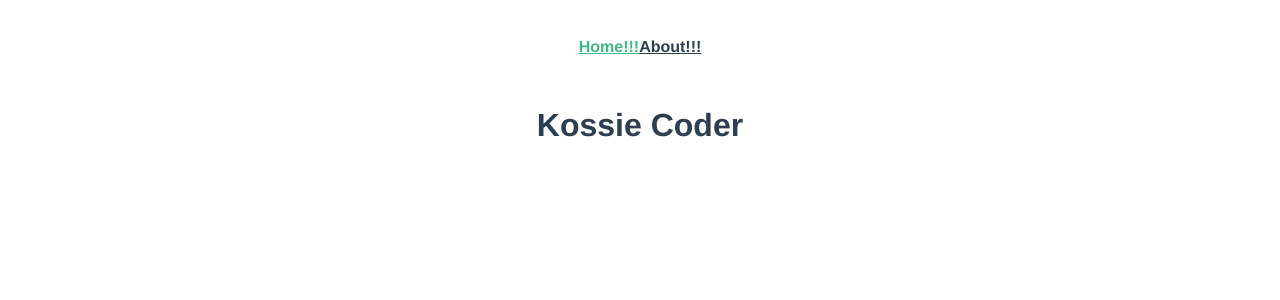
Repository: RyuGeunHwan/code_J
Page: / (app in vue-router/)
These files come from the project's save history. The page is drawn as it stood at one moment and after the next save; the edit follows.
The browser window is 1280 px wide. The pictures show the whole page.
The project was rebuilt for these pictures with package versions that can differ from the ones it lists, and the page was loaded fresh each time.

Above is the page before, as saved 2022-08-11 14:45:41.

After the next save:
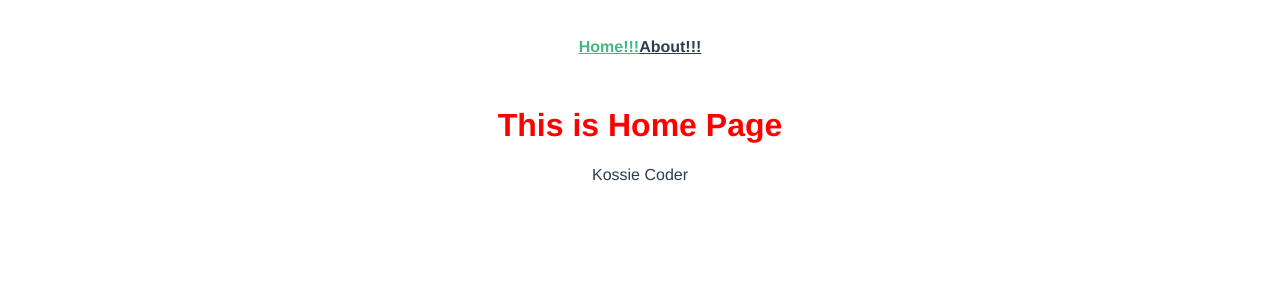
Saved 2 min 7 s later.
--- a/vue-router/src/views/Home.vue
+++ b/vue-router/src/views/Home.vue
@@ -1,13 +1,19 @@
 <!-- template태그 : HTML이 들어가는 구역  -->
 <template>
   <div>
-    <h1>Kossie Coder</h1>
+    <h1>This is Home Page</h1>
+    <p>{{name}}</p>
   </div>
 </template>
 
 <!-- script태그 : 옵션,데이터,computed,watch 등이 들어가는 구역 -->
 <script>
 export default {
+  data(){
+    return{
+      name : 'Kossie Coder'
+    }
+  }
 
 }
 </script>
@@ -16,5 +22,7 @@ export default {
 <!-- style : CSS코드 -->
 <!-- scoped를 넣어줘야 위에보이는 template의 html태그에 적용이 된다. scoped를 않넣으면 vue어플리케이션 전체에 적용이 된다.-->
 <style scoped>
-
+h1{
+  color : red
+}
 </style>
